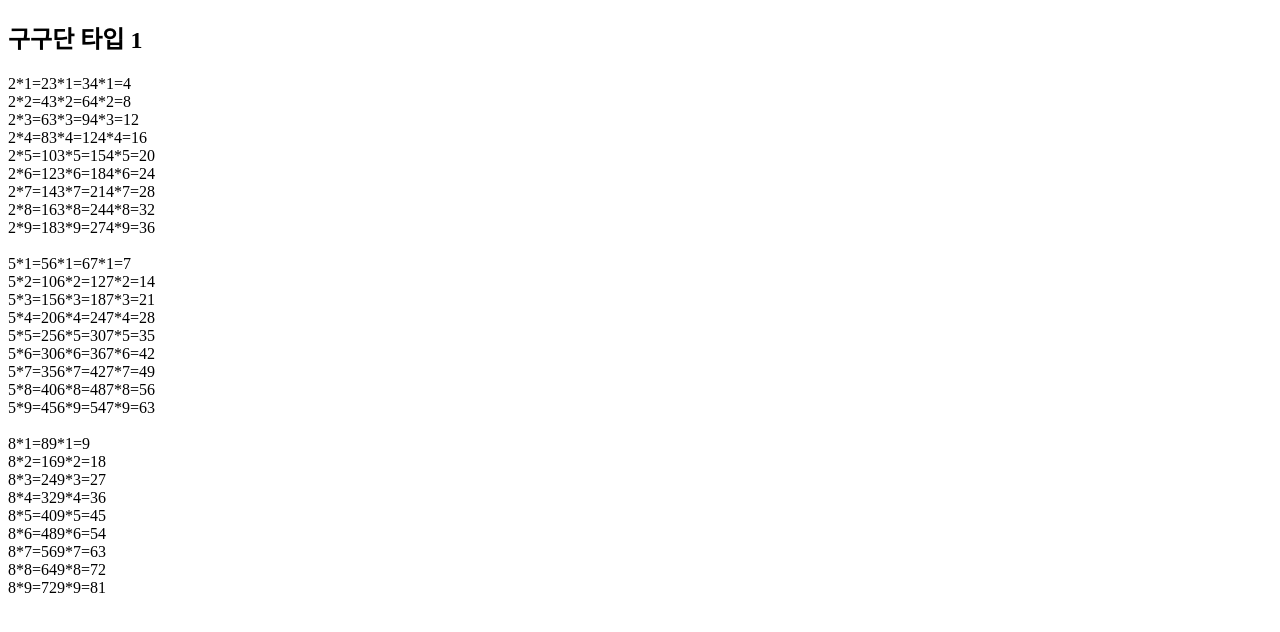
Repository: Byeonghee-son/DB-Servlet
Page: http://localhost/ServletStudy/gugudan2.jsp
The author's editor kept a copy of each file at every save. The page is drawn from the files as they stood at one save, then again after the next save.
The browser window is 1280 px wide. The pictures show the whole page.
The page is served by Tomcat 9.

Above is the page before, as saved 2023-05-17 01:51:19.

After the next save:
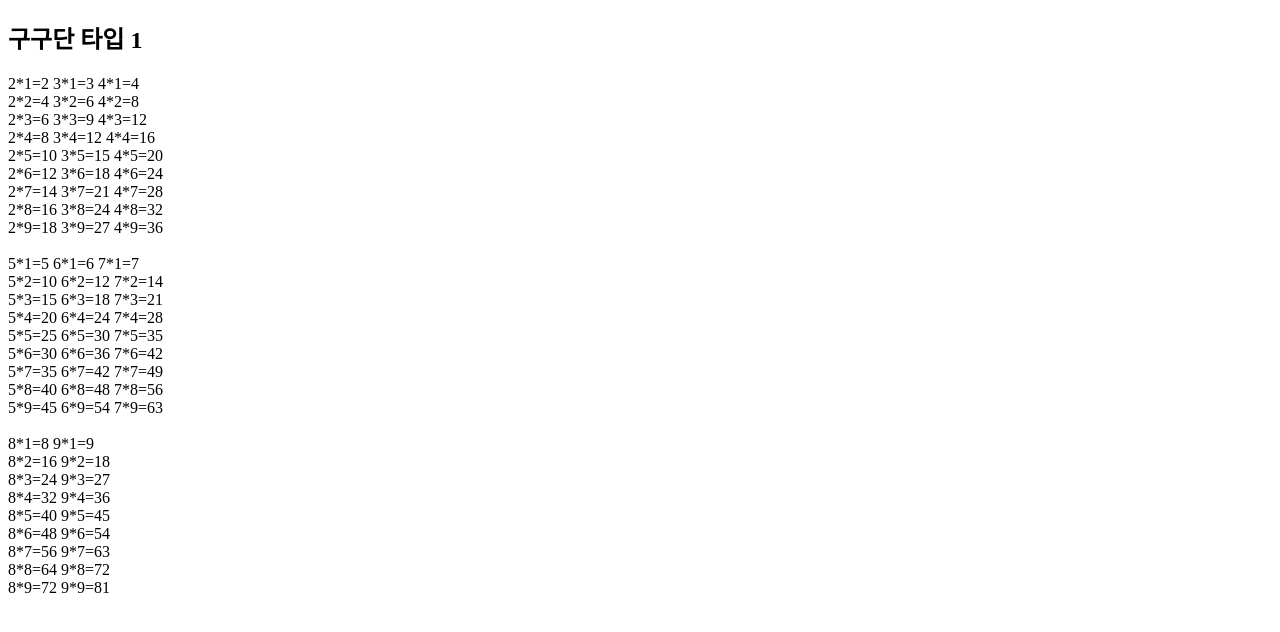
Saved 30 s later.
--- a/ServletStudy/src/main/webapp/gugudan2.jsp
+++ b/ServletStudy/src/main/webapp/gugudan2.jsp
@@ -25,7 +25,7 @@
 		for(int k = 1; k < 10; k++) {
 		 for(int j = 0; j < col; j++){
 				if(9 < i + j) break;
-					out.print(String.format("%d*%d=%d" , i+j, k, (i+j)*k));
+					out.print(String.format("%d*%d=%d " , i+j, k, (i+j)*k));
 			}
 				out.print("<br>");
 		}
